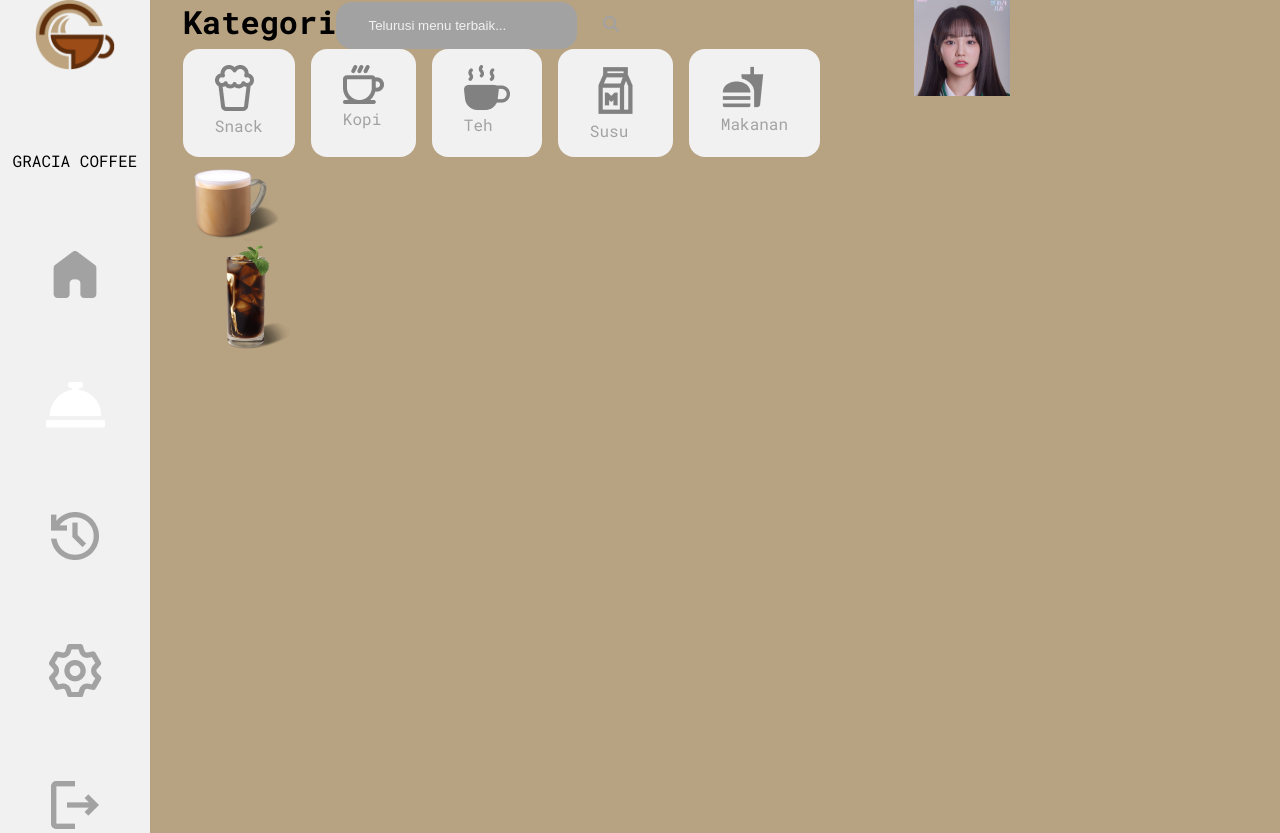
Repository: DanielChuaaa/sbd2
Page: index.html
An editor plug-in stored every save of this project. The page is shown before and after the next save, followed by the edit.
The browser window is 1280 px wide. The pictures show the whole page.
Some web libraries are served in a nearby version.

Above is the page before, as saved 2023-10-20 11:09:58.

After the next save:
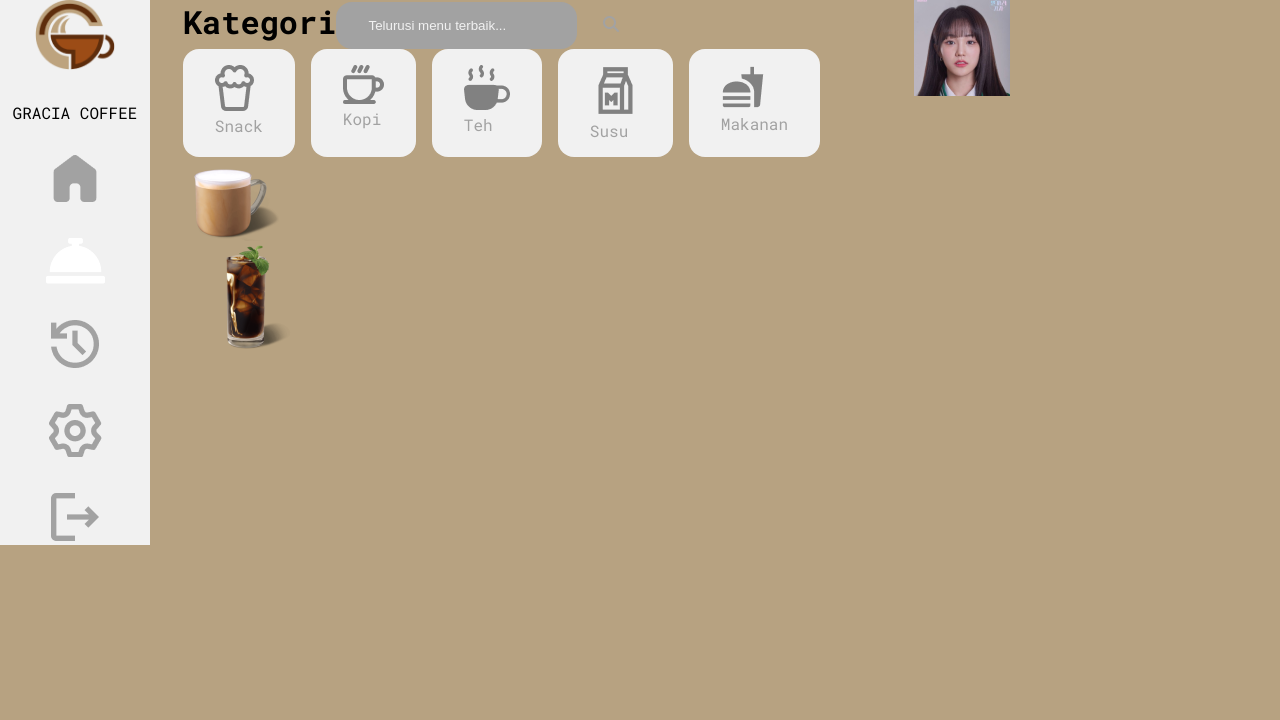
Saved 5 s later.
--- a/style.css
+++ b/style.css
@@ -38,7 +38,7 @@ body{
     align-items: center;
     max-width: 150px;
     height: auto;
-    gap: 5rem;
+    gap: 2rem;
 }
 
 .fa-solid{
